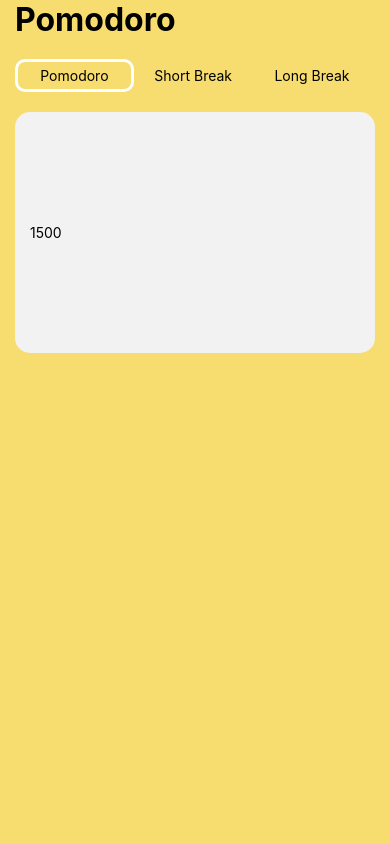
Repository: rchavarria77/pomodoro-app
Screen: /
These files come from the project's save history. The screen is drawn as it stood at one moment and after the next save; the edit follows.
The app was drawn by React Native's web renderer in a window 390 px wide. The project was rebuilt for these pictures with package versions that can differ from the ones it lists, and the page was loaded fresh each time.

Above is the screen before, as saved 2024-02-01 01:00:34.

After the next save:
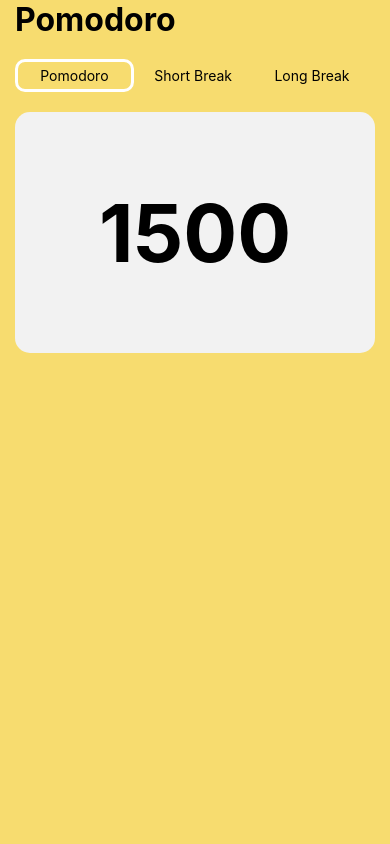
Saved 22 s later.
--- a/src/components/Timer.jsx
+++ b/src/components/Timer.jsx
@@ -3,7 +3,7 @@ import { StyleSheet, Text, View } from 'react-native';
 export const Timer = ({ time }) => {
   return (
     <View style={styles.container}>
-      <Text>{time}</Text>
+      <Text style={styles.time}>{time}</Text>
     </View>
   );
 };
